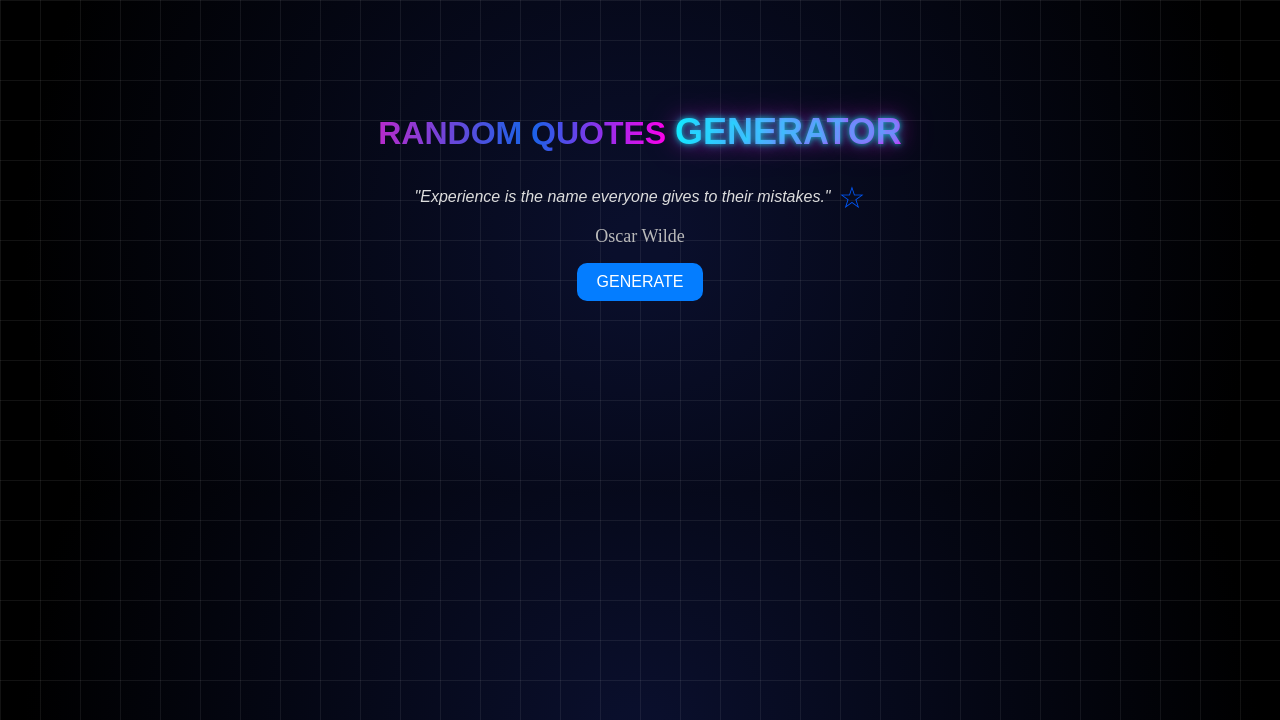
Repository: Adel-la/random-quotes
Page: index.html
These files come from the project's save history. The page is drawn as it stood at one moment and after the next save; the edit follows.
The browser window is 1280 px wide. The pictures show the whole page.

Above is the page before, as saved 2025-06-26 22:27:44.

After the next save:
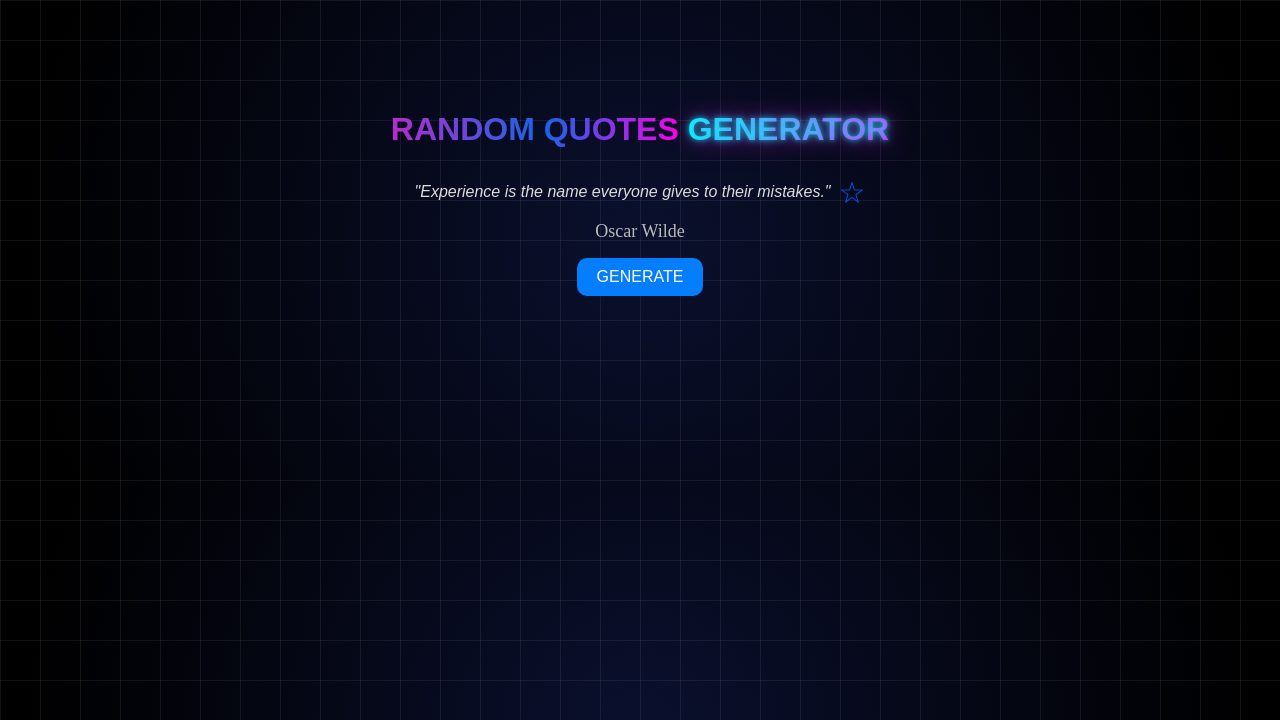
Saved 60 s later.
--- a/styles.css
+++ b/styles.css
@@ -179,7 +179,6 @@ body::before {
 }
 
 .neon-text{
-  font-size: 36px;
   font-weight: bold;
   background: linear-gradient(90deg, #00faff, #ff00f7);
   -webkit-background-clip: text;
